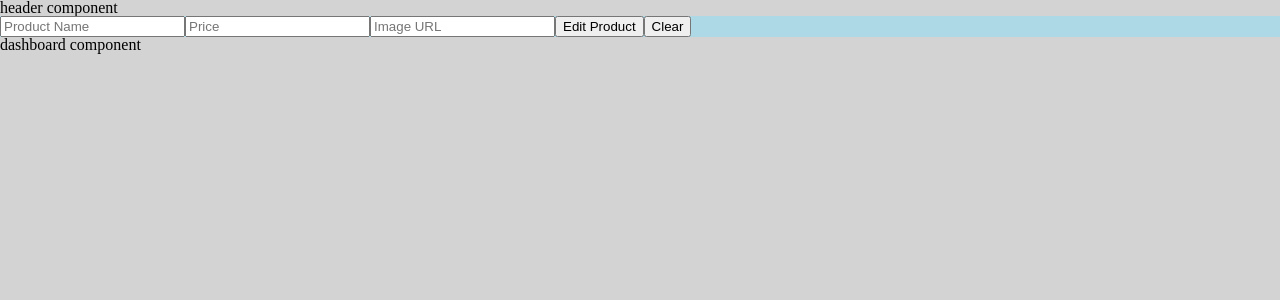
Repository: ooter37/shelfie
Page: /
These files come from the project's save history. The page is drawn as it stood at one moment and after the next save; the edit follows.
The browser window is 1280 px wide. The pictures show the whole page.
The page's requests for data from a server got no answer. The project was rebuilt for these pictures with package versions that can differ from the ones it lists, and the page was loaded fresh each time. No one was signed in, and anything a server would have sent is missing. Also part of the build but not shown: src/Components/Product/Product.js.

Above is the page before, as saved 2020-04-03 17:20:15.

### src/App.js
import React from 'react';
import axios from 'axios';
import './reset.css'
import './App.css';
import Header from './Components/Header/Header'
import Dashboard from './Components/Dashboard/Dashboard'
import Form from './Components/Form/Form'

export default class App extends React.Component {
  constructor() {
    super()
    this.state = {
      inventory: [],
      selected: null
    }
    this.getInventory = this.getInventory.bind(this)
    this.setSelected = this.setSelected.bind(this)
  }

  componentDidMount() {
    this.getInventory()
  }
  getInventory() {
    axios.get('/api/inventory').then(res => {
      this.setState({
        inventory: res.data
      })
      }).catch(err => console.log(err))
  }

  setSelected(edit) {
    this.setState({
      selected: edit
    })
    console.log(this.state.selected)
  }

  render() {
  return (
    <div className="App">
      <Header/>
      <div className='dashboard-and-form'>
        <Form
          getInventory={this.getInventory}
          selected={this.state.selected}
          />
        <Dashboard
        inventory={this.state.inventory}
        getInventory={this.getInventory}
        setSelected={this.setSelected}
        />
      </div>
    </div>
  );
  }
}

### src/App.css
.App {
  height: 100vh;
  width: 100vw;
  background-color: lightgrey;
}

.form-component {
  background-color: lightblue;
}

.product-component {
  background-color: lightgreen;
}

### src/Components/Header/Header.js
import React from 'react'

export default class Header extends React.Component {
    // constructor() {
    //     super()
    // }
    render() {
        return (
            <div>header component</div>
        )
    }
}

### src/Components/Dashboard/Dashboard.js
import React from 'react'
import Product from '../Product/Product'
import axios from 'axios'

export default class Dashboard extends React.Component {
    // eslint-disable-next-line
    constructor(props) {
        super(props)
        this.deleteProduct = this.deleteProduct.bind(this)
    }

deleteProduct(id) {
    axios.delete(`/api/delete/${id}`).then (res => {
        this.props.getInventory()
    })
}

    render() {
        // console.log(this.props.inventory)
        const mappedInventory = this.props.inventory.map(elem => {
            return (
                <div key={elem.id}>
                <Product
                    product={elem.name}
                    price={elem.price}
                    img={elem.img}
                    deleteProduct={this.deleteProduct}
                    id={elem.id}
                    setSelected={this.props.setSelected}
                />
                </div>
            )
        })
        return (
            <div>
                dashboard component
                {mappedInventory}

            </div>
        )
    }
}

### src/Components/Form/Form.js
import React from 'react'
import axios from 'axios'

export default class Form extends React.Component {
    constructor(props) {
        super(props)
        this.state = {
            name: '',
            price: '',
            img: '',
            add: 'true',
            edit: 'true'
        }
        this.nameChangeHandler = this.nameChangeHandler.bind(this)
        this.priceChangeHandler = this.priceChangeHandler.bind(this)
        this.imgChangeHandler = this.imgChangeHandler.bind(this)
        this.resetButton = this.resetButton.bind(this)
        this.addProduct = this.addProduct.bind(this)
        this.getProduct = this.getProduct.bind(this)
    }

    componentDidUpdate(oldProps, oldState) {
        if (oldProps !== this.props) {
            this.getProduct(this.props.selected)
        }
    }

    getProduct(id) {
        axios.get(`/api/current/${id}`).then (res => {
            console.log(res.data)
            console.log(res.data[0].name)
            this.setState({
                name: res.data[0].name,
                price: res.data[0].price,
                img: res.data[0].img
            })
        })
    }
    updateProduct(id) {
        axios.put(`/api/update/${id}`, {
            name: this.state.name,
            price: this.state.price,
            image: this.state.img
        }).then (res => {
            this.props.getInventory()
        })
    }
    addProduct() {
        axios.post('/api/product', {
            name: this.state.name,
            price: this.state.price,
            image: this.state.img
        }).then(res => {
            this.props.getInventory()
            this.resetButton()
        })
    }

    nameChangeHandler(e) {
        this.setState({
            name: e.target.value
        })
    }
    priceChangeHandler(e) {
        this.setState({
            price: e.target.value
        })
    }
    imgChangeHandler(e) {
        this.setState({
            img: e.target.value
        })
    }
    resetButton() {
        this.setState({
            name: '',
            price: 0,
            img: ''
        })
    }

    render() {
        return (
            <div className='form-component'>
                <input
                    name='productName'
                    value={this.state.name}
                    onChange={e => this.nameChangeHandler(e)}
                    placeholder='Product Name'
                    ></input>
                <input
                    name='producePrice'
                    value={this.state.price}
                    onChange={e => this.priceChangeHandler(e)}
                    placeholder='Price'
                ></input>
                <input
                    name='productImage'
                    value={this.state.img}
                    onChange={e => this.imgChangeHandler(e)}
                    placeholder='Image URL'
                ></input>
                <button hidden={this.state.edit} onClick={this.addProduct}>Add to Inventory</button>
                <button onClick={this.addProduct}>Edit Product</button>
                <button
                    onClick={this.resetButton}
                >Clear</button>
            </div>
        )
    }
}

Loaded but not shown: public/index.html (common file); src/index.js (common file); src/index.css (common file); src/serviceWorker.js (common file); src/reset.css (common file)

After the next save:
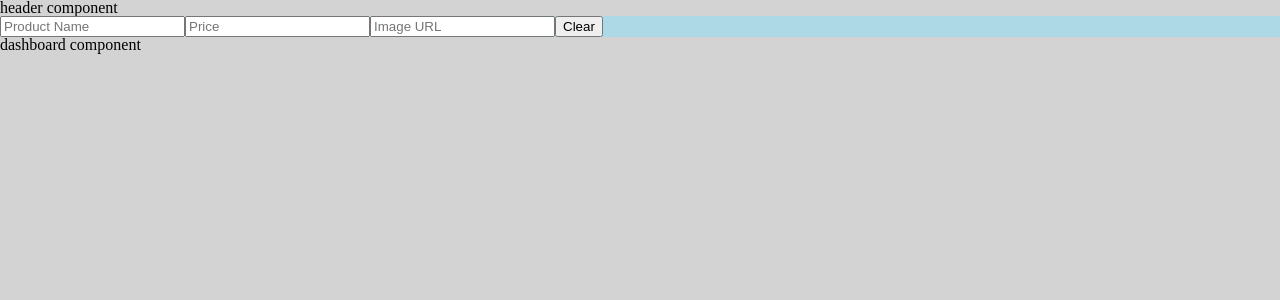
Saved 15 s later.
--- a/src/Components/Form/Form.js
+++ b/src/Components/Form/Form.js
@@ -101,7 +101,7 @@
                     placeholder='Image URL'
                 ></input>
                 <button hidden={this.state.edit} onClick={this.addProduct}>Add to Inventory</button>
-                <button onClick={this.addProduct}>Edit Product</button>
+                <button hidden={this.state.edit} onClick={this.addProduct}>Edit Product</button>
                 <button
                     onClick={this.resetButton}
                 >Clear</button>

After the 2 saves that followed:
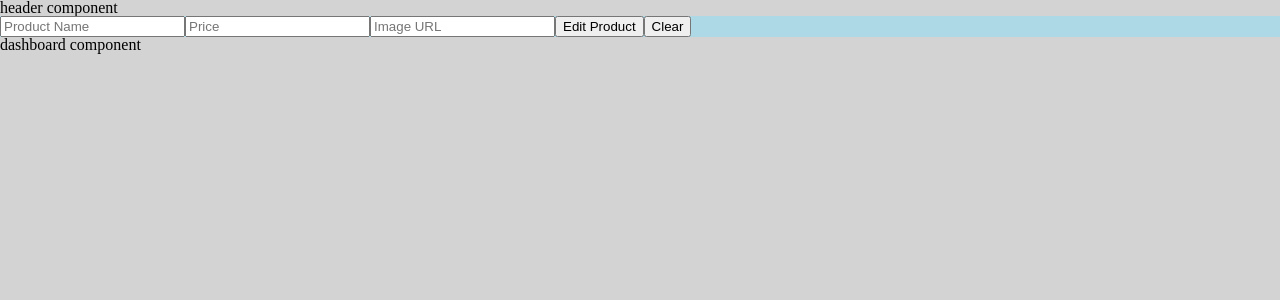
The 2 saves are shown as one change because 1 left the picture as it was.
The last was saved 33 s later.
--- a/src/Components/Form/Form.js
+++ b/src/Components/Form/Form.js
@@ -101,7 +101,7 @@
                     placeholder='Image URL'
                 ></input>
                 <button hidden={this.state.edit} onClick={this.addProduct}>Add to Inventory</button>
-                <button hidden={this.state.edit} onClick={this.addProduct}>Edit Product</button>
+                <button hidden={false} onClick={this.addProduct}>Edit Product</button>
                 <button
                     onClick={this.resetButton}
                 >Clear</button>
